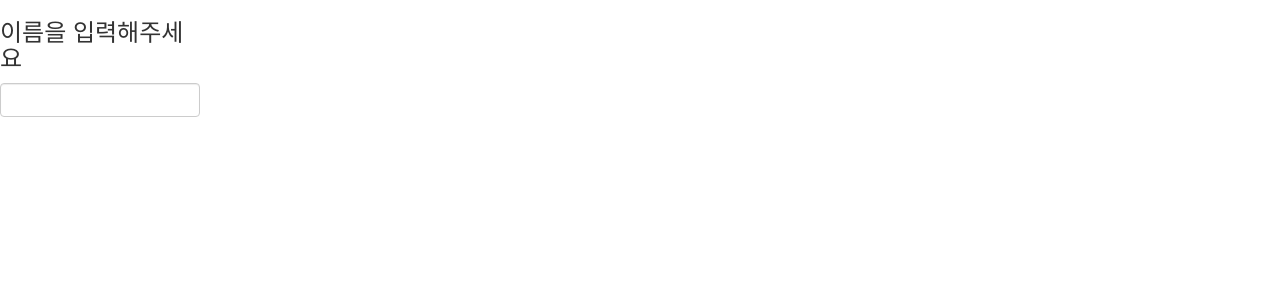
Repository: jungbee2/jungproject
Page: http://localhost/JstlProject/day0330/ex4_choose.jsp
These files come from the project's save history. The page is drawn as it stood at one moment and after the next save; the edit follows.
The browser window is 1280 px wide. The pictures show the whole page.
Some web fonts or font styles are not loaded; a fallback is used. The page is served by Tomcat 9. Other server files are loaded and not shown.

Above is the page before, as saved 2023-03-30 02:08:20.

### JstlProject/src/main/webapp/day0330/ex4_choose.jsp
<%@ page language="java" contentType="text/html; charset=utf-8"
	pageEncoding="utf-8"%>
<%@ taglib uri="http://java.sun.com/jsp/jstl/core" prefix="c"%>
<%@ taglib uri="http://java.sun.com/jsp/jstl/fmt" prefix="fmt"%>
<!DOCTYPE html>
<html>
<head>
<meta charset="utf-8">
<title>Insert title here</title>

<link
	href="https://fonts.googleapis.com/css2?family=Anton&family=Edu+VIC+WA+NT+Beginner:wght@600&family=Gamja+Flower&family=Single+Day&family=Jua&family=Nanum+Pen+Script&display=swap"
	rel="stylesheet">
<link rel="stylesheet"
	href="https://maxcdn.bootstrapcdn.com/bootstrap/3.4.1/css/bootstrap.min.css">
<script src="https://code.jquery.com/jquery-3.6.3.js"></script>

</head>

<body>
<fmt:requestEncoding value="utf-8"/>
<form action="ex4_choose.jsp" method="post" style="width:200px;">
<h3>이름을 입력해주세요</h3>
<input type="text" name="irum" class="form-control">
</form>
</body>
</html>

After the next save:
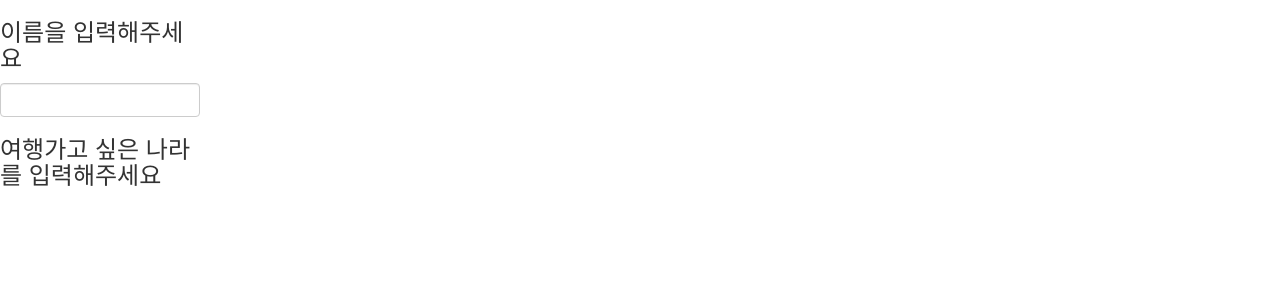
Saved 12 s later.
--- a/JstlProject/src/main/webapp/day0330/ex4_choose.jsp
+++ b/JstlProject/src/main/webapp/day0330/ex4_choose.jsp
@@ -22,6 +22,7 @@
 <form action="ex4_choose.jsp" method="post" style="width:200px;">
 <h3>이름을 입력해주세요</h3>
 <input type="text" name="irum" class="form-control">
+<h3>여행가고 싶은 나라를 입력해주세요</h3>
 </form>
 </body>
 </html>
